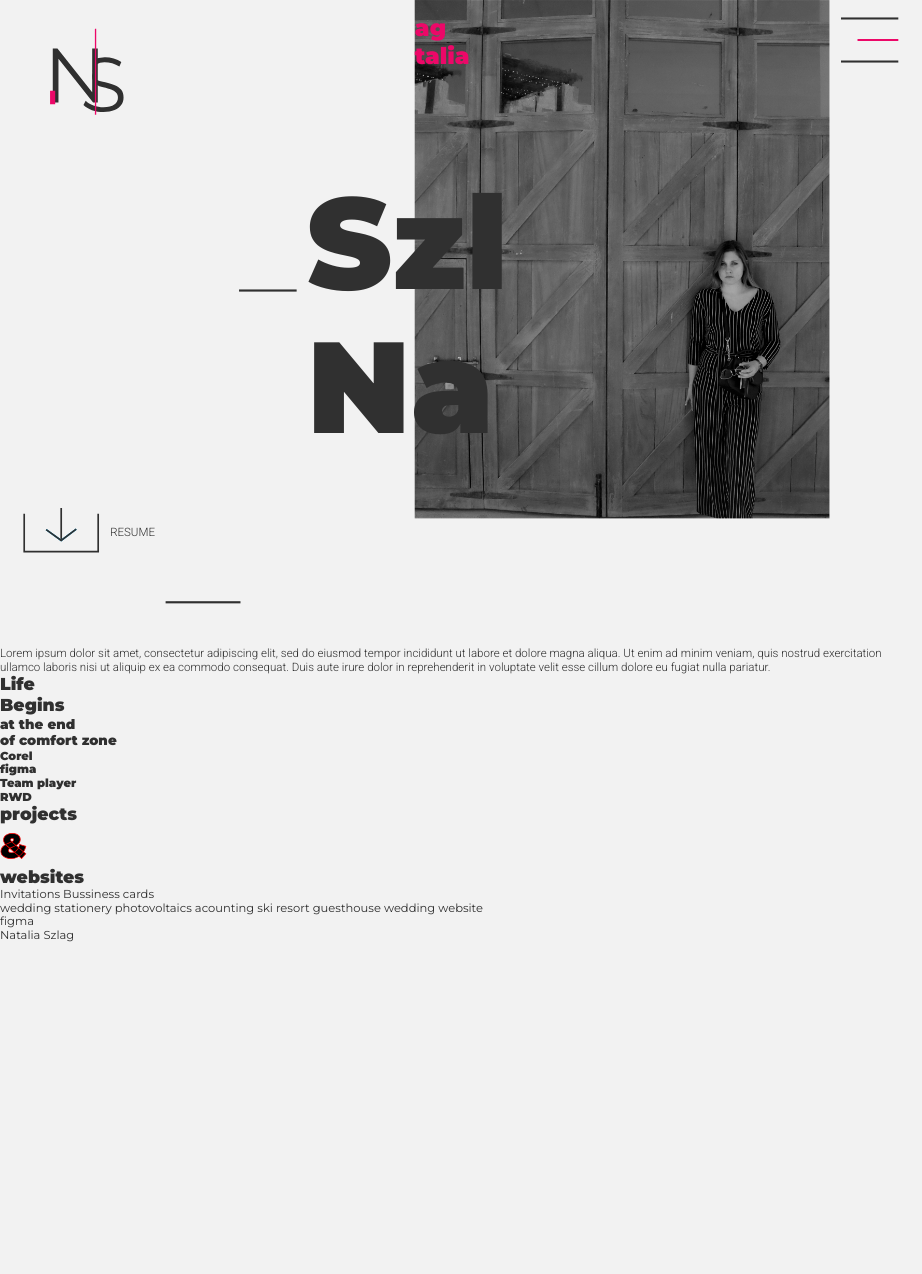
Repository: nataliaszlag/portfolio3
Page: index.html
An editor plug-in stored every save of this project. The page is shown before and after the next save, followed by the edit.
The browser window is 1280 px wide. The pictures show the whole page, at 72% of full size.
The style sheet was rebuilt from its Sass, Less or Tailwind sources for each picture, by a compiler version that may differ from the author's.

Above is the page before, as saved 2020-09-26 20:17:15.

### index.html
<!DOCTYPE html>
<html lang="en">
<head>
    <meta charset="UTF-8">
    <meta name="viewport" content="width=device-width, initial-scale=1.0">
    <title>Portfolio</title>
    <link rel="stylesheet" href="/css/style.css">
    <link href="https://fonts.googleapis.com/css2?family=Montserrat:wght@300;400;600;900&family=Roboto:wght@300&display=swap" rel="stylesheet">
<body>
    <img><img class="hero-img"src="/img/img-hero.JPG" alt="zdj"><h1 class="h1-name-2 clr-prim">ag<br>talia</h1></div>
    <header class="hero">
        <nav>
            <logo class="logo">
                <svg width="202" height="202" viewBox="0 0 202 202" fill="none" xmlns="http://www.w3.org/2000/svg">
                    <path d="M111.707 131.661C106.15 131.661 100.822 130.771 95.7284 128.989C90.6331 127.207 86.6957 124.857 83.9163 121.934L87.0156 115.841C89.7232 118.549 93.3219 120.742 97.8117 122.416C102.302 124.091 106.933 124.927 111.707 124.927C118.407 124.927 123.43 123.699 126.779 121.239C130.128 118.781 131.805 115.592 131.805 111.673C131.805 108.68 130.895 106.292 129.078 104.511C127.26 102.729 125.035 101.357 122.397 100.396C119.76 99.4333 116.091 98.3831 111.387 97.2422C78.7372 90.0157 110.659 55.7886 98.6857 58.3337C92.9473 59.5532 105.322 55.7647 113.312 55.5543C117.586 55.4414 121.773 56.1427 125.871 57.3177C129.969 58.4945 133.513 60.116 136.506 62.1821L133.835 68.4884C130.7 66.4223 127.351 64.8726 123.786 63.8395C120.223 62.8047 116.732 62.3344 113.312 62.2882C95.5796 62.0521 91.8988 81.0702 103.104 87.2483C105.649 88.6525 109.535 89.2614 114.167 90.4023C119.654 91.7552 124.089 93.091 127.474 94.4098C130.859 95.7285 133.727 97.7228 136.079 100.396C138.431 103.068 139.607 106.684 139.607 111.245C139.607 115.022 138.591 118.46 136.561 121.561C134.529 124.66 131.411 127.118 127.207 128.936C123.003 130.753 117.837 131.661 111.707 131.661Z" fill="#303030"/>
                    <path d="M103.826 43.3881V118.212H97.3055L49.2035 57.4973V118.212H41.2945V43.3881H47.8146L96.0226 104.103V43.3881H103.826Z" fill="#303030"/>
                    <path fill-rule="evenodd" clip-rule="evenodd" d="M99.789 135.296V16.0728H101.621V135.296H99.789Z" fill="#EC0868"/>
                    <path fill-rule="evenodd" clip-rule="evenodd" d="M37.5521 120.721L37.5538 101.949L44.6315 101.956V120.726L37.5521 120.721Z" fill="#EC0868"/>
                    </svg>


            </logo>
            <ul class="navbar">
                <svg class="hamburger"width="80" height="63" viewBox="0 0 80 63" fill="none" xmlns="http://www.w3.org/2000/svg">
                    <g  class="line-menu-1"><line y1="1.5" x2="80" y2="1.5" stroke="#303030" stroke-width="3"/></g>
                    <g class="line-menu-2"><line y1="61.5" x2="80" y2="61.5" stroke="#303030" stroke-width="3"/></g>
                    <line x1="23" y1="31.5" x2="80" y2="31.5" stroke="#EC0868" stroke-width="3"/>
                    </svg>

                <li class="nav-list"><a href ="#">ABOUT</a></li>
                <li class="nav-list"><a href ="#">PORTFOLIO</a></li>
                <li class="nav-list"><a href ="#">CONTACT</a></li>
            </ul>
        </nav>
        <div class="flex">
            <div class="line-1"></div>
            <h1 class="h1-name">Szl<br>Na</h1>
        </div>
        <div class="resume">
            <icon class="resume-icon">
                <svg width="106" height="63" viewBox="0 0 106 63" fill="none" xmlns="http://www.w3.org/2000/svg">
                    <path d="M1.60553 8.5282V61.0716H104.395V8.5282" stroke="#303030" stroke-width="2.36" stroke-miterlimit="22.9256"/>
                    <path d="M53 0.473083V45.5269" stroke="#303030" stroke-width="2.36" stroke-miterlimit="22.9256"/>
                    <path d="M32.1326 30.6015L52.9999 45.5269L73.8673 29.8981" stroke="#00A0E3" stroke-width="2.36" stroke-miterlimit="22.9256"/>
                    <path d="M32.1326 30.6015L52.9999 45.5269L73.8673 29.8981" stroke="#303030" stroke-width="2.36" stroke-miterlimit="22.9256"/>
                    </svg>
            </icon>
            <p class="resume-p">RESUME</p>
            <div class="line-2"></div>
        </div>
    </header>
    <main>
        <article class="main-page">

            <div class="arrow">
                <svg>
                </svg>
            </div>
    </article>
        <article class="about">
            <div class="about-flex">
                <p class="about-p">
                    Lorem ipsum dolor sit amet, consectetur adipiscing elit, sed do eiusmod tempor incididunt ut labore et dolore magna aliqua. Ut enim ad minim veniam, quis nostrud exercitation ullamco laboris nisi ut aliquip ex ea commodo consequat. Duis aute irure dolor in reprehenderit in voluptate velit esse cillum dolore eu fugiat nulla pariatur.
                </p>
        </div>
            <div class="about-flex">
                <h2 class="about-primary">Life</h2>
                <h2 class="about-secondary">Begins</h2>
                <h3 class="about-terciary">at the end<br>of comfort zone</h3>
        </div>
            <div class="about-flex">
                <div class="vector"></div>
        </div>
            <div class="about-flex">
                <h4 class="stat">Corel</h4>
                <div class="stat-bar">
                <div class="bar"></div>
                <div class="bar"></div>
                <div class="bar"></div>
                <div class="bar"></div>
                <div class="bar"></div>
            </div>
            <h4 class="stat">figma</h4>
                <div class="stat-bar">
                <div class="bar-1"></div>
                <div class="bar-2"></div>
                <div class="bar-3"></div>
                <div class="bar-4"></div>
                <div class="bar-5"></div>
            </div>
            <h4 class="stat">Team player</h4>
                <div class="stat-bar">
                <div class="bar-1"></div>
                <div class="bar-2"></div>
                <div class="bar-3"></div>
                <div class="bar-4"></div>
                <div class="bar-5"></div>
            </div>
            <h4 class="stat">RWD</h4>
                <div class="stat-bar">
                <div class="bar-1"></div>
                <div class="bar-2"></div>
                <div class="bar-3"></div>
                <div class="bar-4"></div>
                <div class="bar-5"></div>
            </div>
        </div>
    </article>

    <article class="portfolio">
        <h2 class="portfolio-primary">projects<br></h2>
        <h2 class="portfolio-ampersand">&</h2>
        <h2 class="portfolio-secondary">websites</h2>

        <div class="projects-flex">
            <div class="project-gallery">
                <a href="https://www.kraftdesign.pl" target="_blank" class="link">Invitations</a>
                <a href="#gallery" class="link">Bussiness cards</a>
            </div>
            <div class="project-links">
                <a href="https://www.kraftdesign.pl" target="_blank" class="link">wedding stationery</a>
                <a href="https://www.cellinstalacje.pl" class="link" target="_blank" >photovoltaics</a>
                <a href="https://www.cellsksiegowosc.pl" class="link" target="_blank">acounting</a>
                <a href="https://www.masterski.pl" class="link" target="_blank">ski resort</a>
                <a href="https://www.tylicznoclegi.pl" class="link" target="_blank">guesthouse</a>
                <a href="https://www.pobieramysie.info" class="link" target="_blank">wedding website</a>
            </div>
            <div class="project-display">
                figma
            </div>
        </div>
    </article>

    <article class="contact">
        <div class="square">
            <div class="socials">
                <div class="social-info"></div>
                <div class="social-info"></div>
            </div>
            <div class="svg-animate">Natalia Szlag</div>
        </div>

        <div class="square bg-cover">
            <div class="social-sq">
                <svg class="social-ico">insta</svg>
            </div>
            <div class="social-sq">
                <svg class="social-ico">facebook</svg>
            </div>
            <div class="social-sq">
                <svg class="social-ico">pinterest</svg>
            </div>
        </div>
    </article>
    </main>
  </body>
</html>

### scss/style.scss
// ==========================================
// variables
// ==========================================

//font-var
$font-primary: 'Montserrat', sans-serif;
$font-secondary: 'roboto', sans-serif;
$font-spacing-primary: 10%;
$font-line-primary: 25pt;

//color-var
$clr-font: #303030;
$clr-bg: #f2f2f2;
$clr-accent: #ec0868;


// ============================================
// main style
// =======================================
*,
*:hover,
*:focus{
box-sizing: border-box;
color: $clr-font;
}

body{
    background-color: $clr-bg;
}

*{
    margin: 0;
    padding: 0;
    font-family: $font-primary;
    text-decoration: none;
}

.portfolio-ampersand{
    font-size: 48px;
    color: black;
    -webkit-text-stroke: 1px red;
}

.hero{
    min-height: 100%;
    height: 100vh;
    max-width: 95%;
    margin: auto;
}

.hero-img{
    object-fit: cover;
    top: 0;
    right: 10%;
    position: absolute;
    height: 100vh;
    width: 45%;
    z-index: -1;
}

.h1-name{
    display: inline-block;
    font-weight: 900;
    font-size: 180px;
    line-height: 200px;
    padding-left: 10px;
    z-index: 3;
}


.h1-name-2{
    position: absolute;
    left: 45%;
}

.clr-prim{
    color: $clr-accent;
}

.resume{
    margin-top: auto;
    display: flex;
    align-items: center;

    &-p{
        padding: 15px;
    }

    .line-2{
        display: inline-block;
    content:'';
    width: 104px;
    height: 200px;
    border-bottom: solid 3px $clr-font;
    }
}

.line-1{
    display: inline-block;
    content:'';
    width: 80px;
    height: 200px;
    border-top: solid 3px $clr-font;
    margin-left: 300px;
}

nav{
    margin-top: 5px;
    display: flex;
    justify-content: space-between;
    ul{
        display: block;
        list-style-type: none;
        text-align: right;
        li{
            opacity: 0;
            overflow: hidden;
            padding: 15px;
            transition: .2s ease-out;
        }
    }

    ul:hover > li{
        opacity: 1;
    }

    ul:hover .line-menu-1{
        transform: translateY(20px);
    }

    ul:hover .line-menu-2{
        transform: translateY(-20px);
    }
    }

li{
    transition: .2s ease-out;
}

li:hover{
    transform: scale(1.2);
    color: $clr-accent;
}

a{
    transition: .2s ease-out;
}

a:hover{
    color: $clr-accent;
}

.line-menu-1{
    transition: .2s ease-out;
}

.line-menu-2{
    transition: .2s ease-out;
}

p{
    font-family: $font-secondary;
}

After the next save:
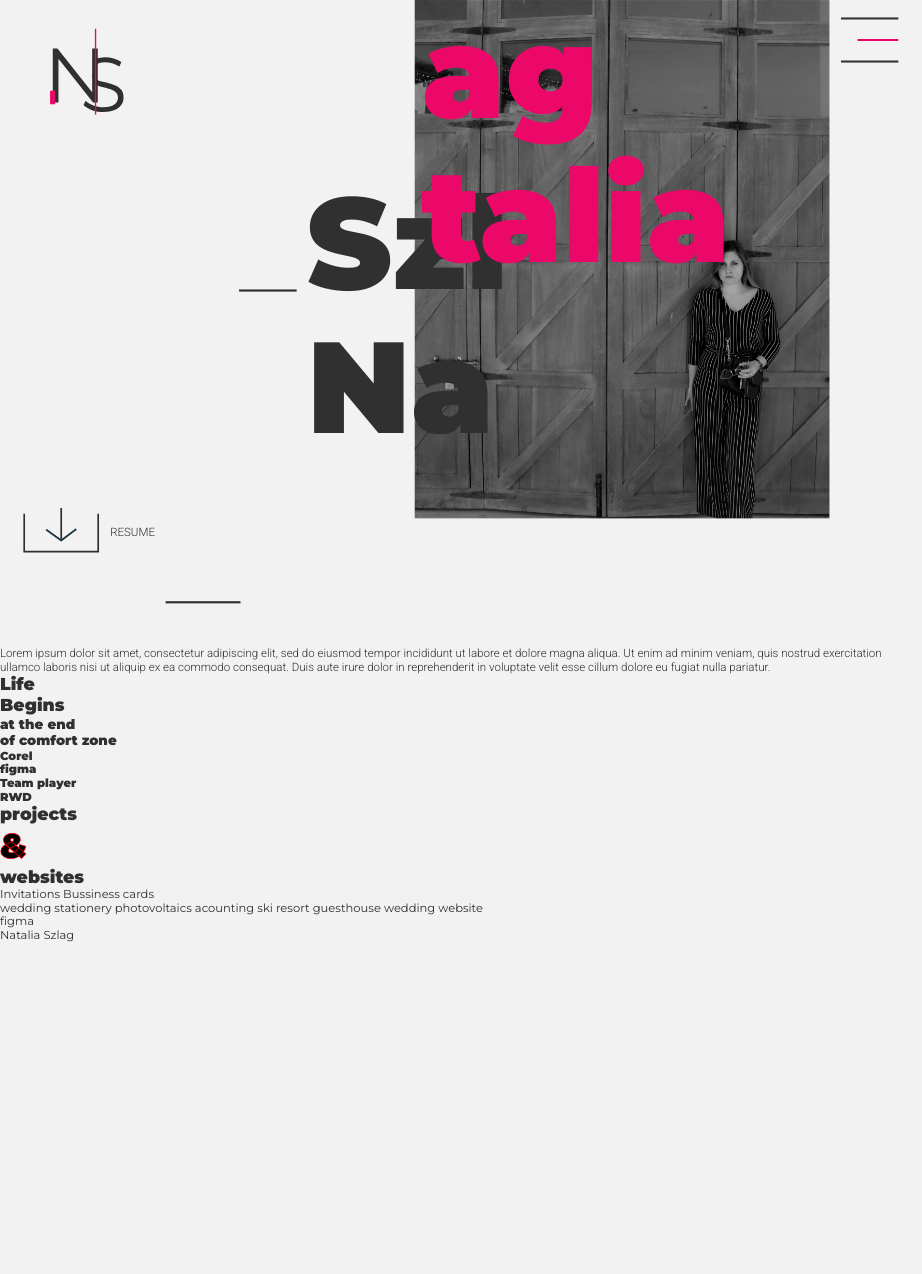
Saved 13 s later.
--- a/scss/style.scss
+++ b/scss/style.scss
@@ -71,6 +71,12 @@ body{
 .h1-name-2{
     position: absolute;
     left: 45%;
+    display: inline-block;
+    font-weight: 900;
+    font-size: 180px;
+    line-height: 200px;
+    padding-left: 10px;
+    z-index: 3;
 }
 
 .clr-prim{
